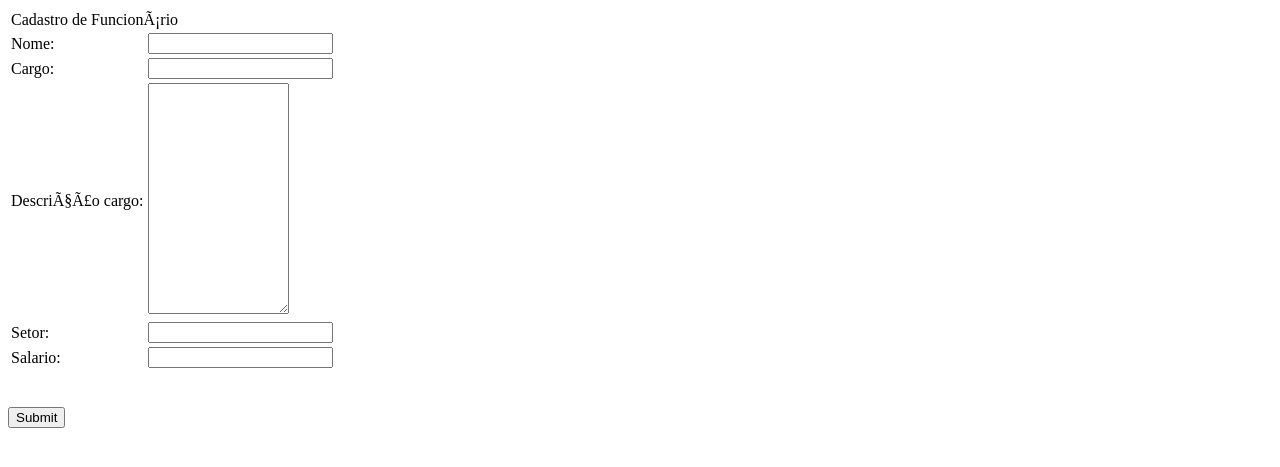
Repository: TadeuN1/PersonalProject-mySQL-eclipseIDE
Page: Movimentacoes/src/main/webapp/InfoMovimentacoes.html
An editor plug-in stored every save of this project. The page is shown before and after the next save, followed by the edit.
The browser window is 1280 px wide. The pictures show the whole page.

Above is the page before, as saved 2023-06-28 20:04:45.

After the next save:
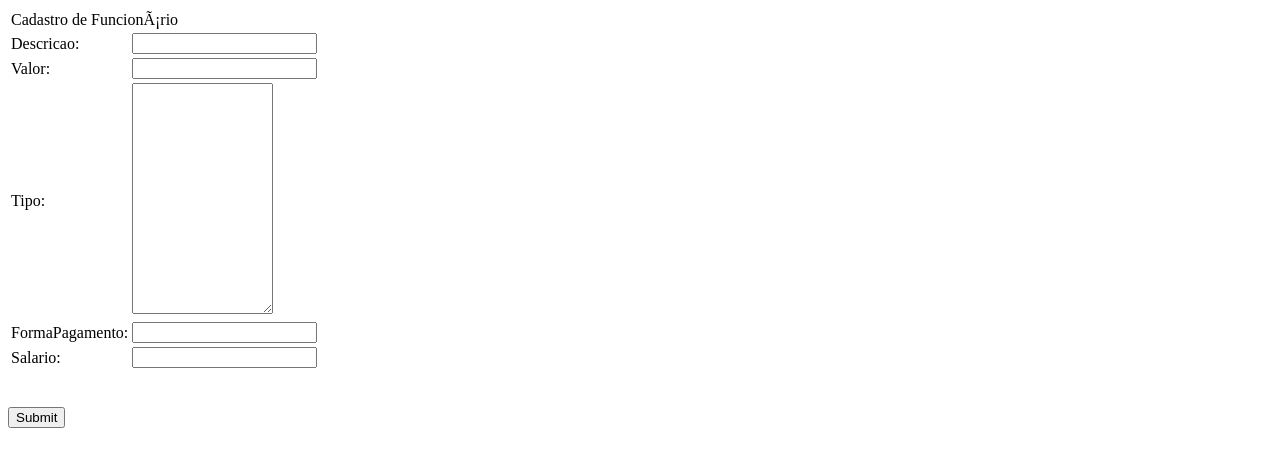
Saved 3 min 7 s later.
--- a/Movimentacoes/src/main/webapp/InfoMovimentacoes.html
+++ b/Movimentacoes/src/main/webapp/InfoMovimentacoes.html
@@ -7,26 +7,26 @@
 <body>
 
 
-<form method="POST" action="CadastroFuncionario">
+<form method="POST" action="InfoMovimentacoes">
 	<table>
 		<tr>
 			<td colspan="2">Cadastro de Funcionário</td>
 		</tr>
 		<tr>
-			<td>Nome:</td>
+			<td>Descricao:</td>
 			<td><input type="text" name="nome"></td>
 		</tr>
 		<tr>
-			<td>Cargo:</td>
+			<td>Valor:</td>
 			<td><input type="text" name="cargo"></td>
 		</tr>
 		<tr>
-			<td>Descrição cargo:</td>
+			<td>Tipo:</td>
 		<td><textarea name="descCargo" cols="15"
 		rows="15"></textarea></td>
 		</tr>
 		<tr>
-		<td>Setor:</td>
+		<td>FormaPagamento:</td>
 		<td><input type="text" name="setor"></td>
 		</tr>
 		<tr>
